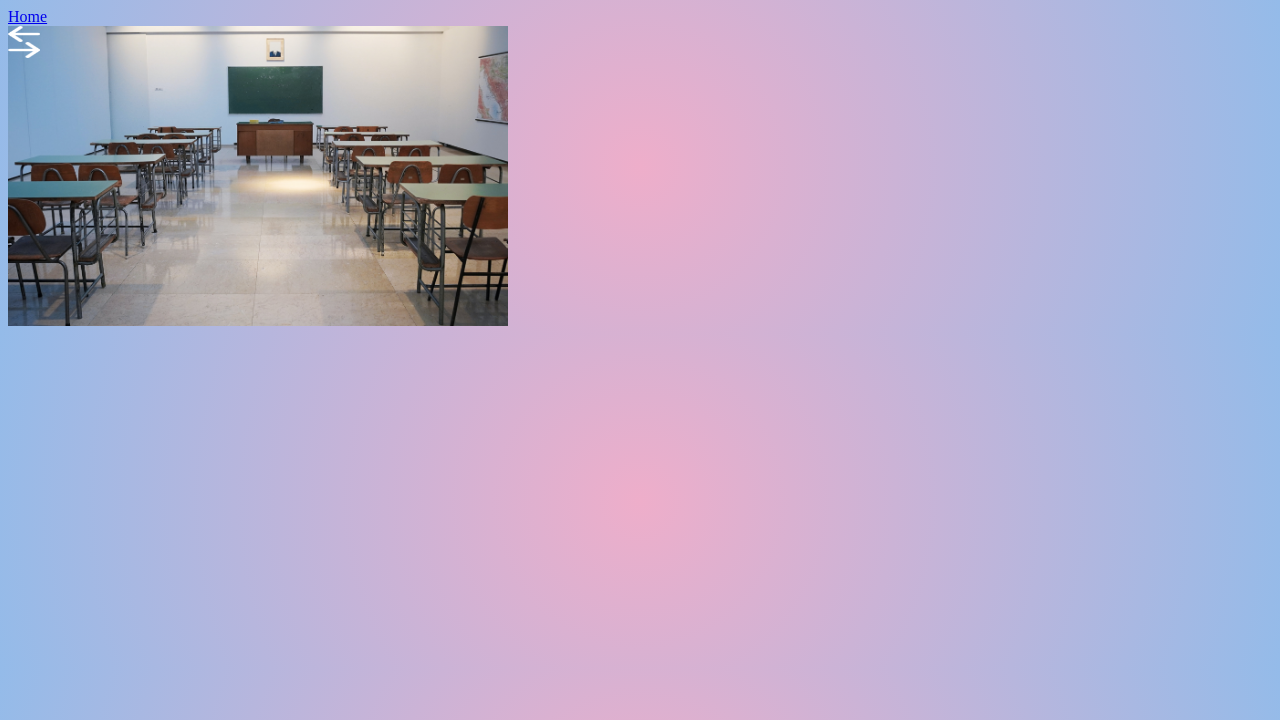
Repository: juliet-jskim/week-8-useEffect-carousel
Page: /carouselPage
These files come from the project's save history. The page is drawn as it stood at one moment and after the next save; the edit follows.
The browser window is 1280 px wide. The pictures show the whole page.
The project was rebuilt for these pictures with package versions that can differ from the ones it lists, and the page was loaded fresh each time. The framework's server and built-in components were replaced by stand-ins that run in the browser. Also part of the build but not shown: next.config.js, styles/CarouselPage.module.css.

Above is the page before, as saved 2023-02-20 23:26:39.

### pages/carouselPage.js
import Link from "next/link"
import Carousel from "@/components/carousel"
import styles from "@/styles/CarouselPage.module.css"

export default function CarouselPage() {
    return (
        <>
        <Link href="/">Home</Link>
        <Carousel/>
        </>
    )
}

### styles/globals.css
:root {
  /** add colors you want to add to all the pages here**/
  background: rgb(238,174,202);
  background: radial-gradient(circle, rgba(238,174,202,1) 0%, rgba(148,187,233,1) 100%);

}

### components/carousel/index.js
import Image from "next/image"
import { useState } from "react"
import styles from '@/components/carousel/Carousel.module.css'

export default function Carousel() {
    const[img, setImg] = useState(0);

    const changeImage = (change) => {
        if(change == "backward") {
            setImg(img - 1);

            if (img == 0) {
                setImg(5); //this will go back to the last image, into a "loop"
            }
            console.log(img);
        } else if (change =="forward") {
            setImg(img + 1);

            if (img == 5) {
                setImg(0) //will go back to the first image into a "loop"
            }
             console.log(img);
        }
    }

    return(
    <>
        <div style={{
                        backgroundImage:"url(/carousel-images/" + img + ".jpg)", // concatenate method
                        backgroundSize:'cover',
                        backgroundRepeat:"no-repeat",
                        width: 500,
                        height: 300
        }}>
            <Image className={styles.arrows}
                src={"/icons/leftArrow.png"}
                alt={"/icons/leftArrow.png"}
                width= {100}
                height= {120}
                onClick={() => changeImage("backward")}
            />

            <Image className={styles.arrows}
                src={"/icons/rightArrow.png"}
                alt={"/icons/rightArrow.png"}
                width= {100}
                height= {120}
                onClick={() => changeImage("forward")}
            />
        </div>
    </>
    )
}

### components/carousel/Carousel.module.css
.arrows{
    display: flex;
    flex-direction: row;
    width: 2rem;
    height: 1rem;
}

Loaded but not shown: pages/_app.js (common file); pages/_document.js (common file)

After the next save:
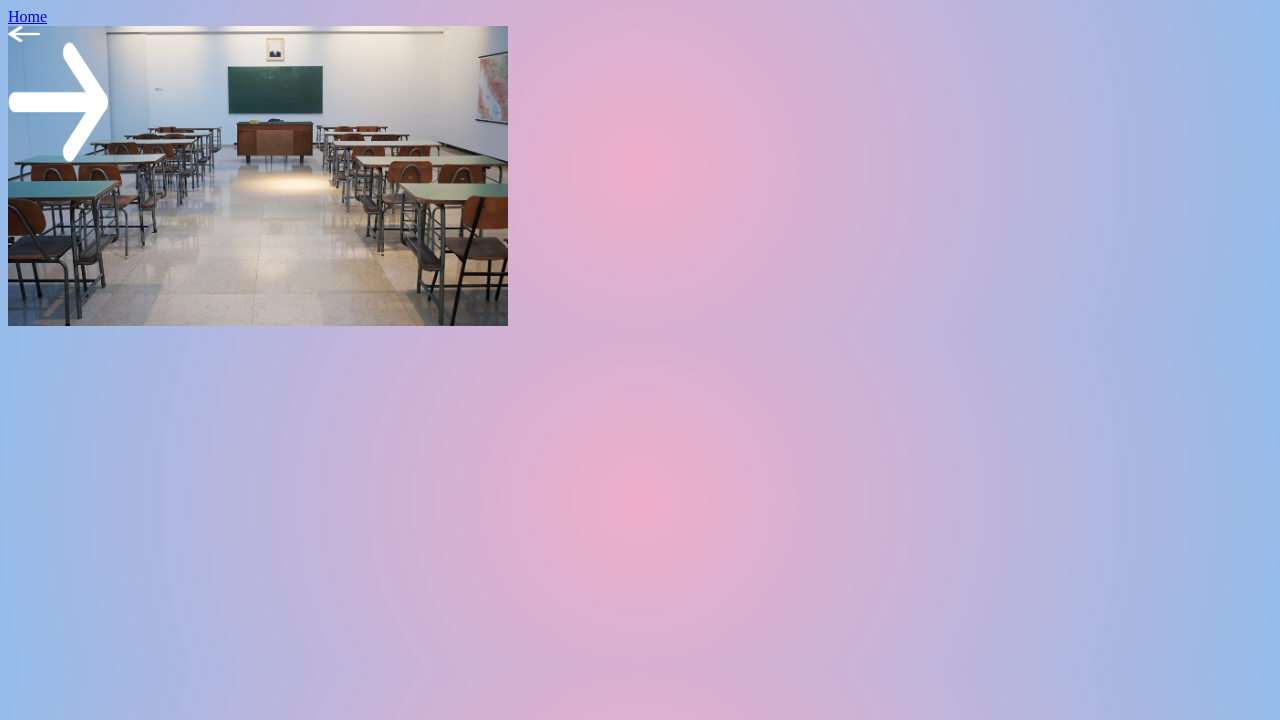
Saved 27 s later.
--- a/components/carousel/index.js
+++ b/components/carousel/index.js
@@ -40,7 +40,7 @@ export default function Carousel() {
                 onClick={() => changeImage("backward")}
             />
 
-            <Image className={styles.arrows}
+            <Image
                 src={"/icons/rightArrow.png"}
                 alt={"/icons/rightArrow.png"}
                 width= {100}
